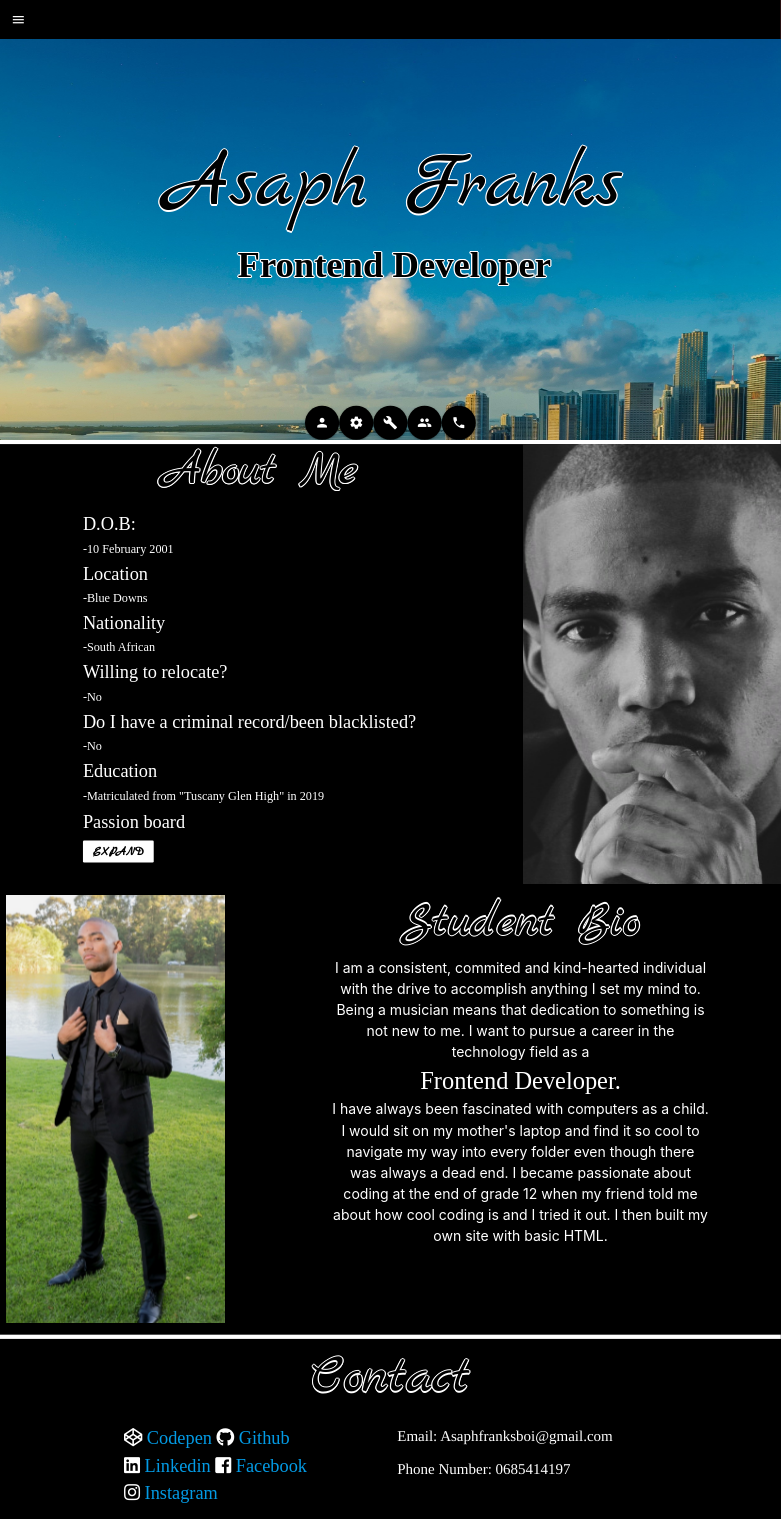
Repository: Ajtheult/portfolio.v3
Page: /portfolio-v3
The author's editor kept a copy of each file at every save. The page is drawn from the files as they stood at one save, then again after the next save.
The browser window is 1280 px wide. The pictures show the whole page, at 61% of full size.
Some web fonts or font styles are not loaded; a fallback is used. The project was rebuilt for these pictures with package versions that can differ from the ones it lists, and the page was loaded fresh each time. Also part of the build but not shown: src/components/layout/pages/Skills.js, src/components/layout/pages/MyWork.js, src/components/layout/pages/Testimonials.js.

Above is the page before, as saved 2020-07-24 11:52:58.

After the next save:
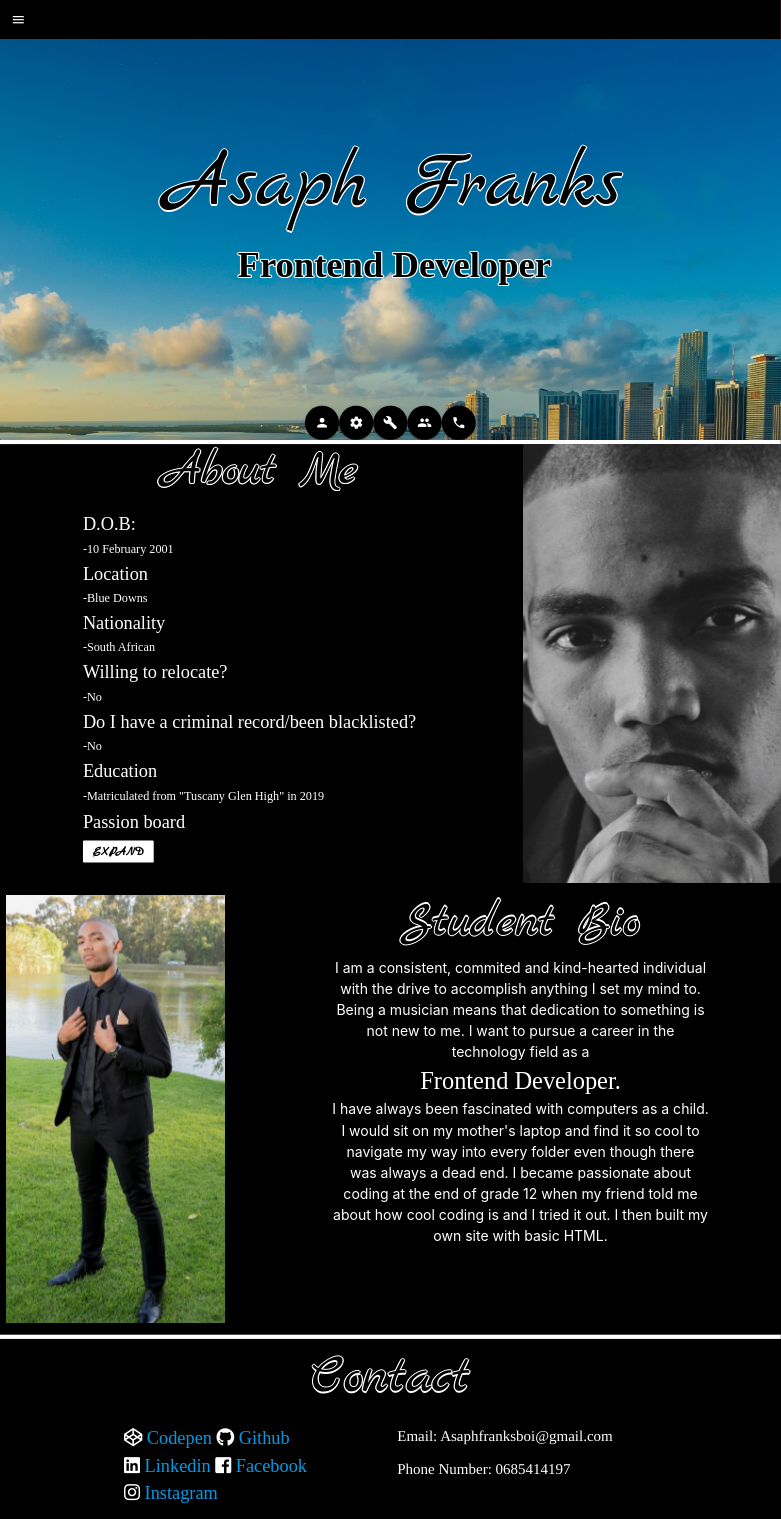
Saved 17 s later.
--- a/src/components/layout/pages/Home.js
+++ b/src/components/layout/pages/Home.js
@@ -113,7 +113,7 @@ export const Home = () => {
         <div>
           <Parallax
             bgImage={me}
-            strength={1000}
+            strength={1200}
             style={{ width: "33%" }}
             className="right"
           >
